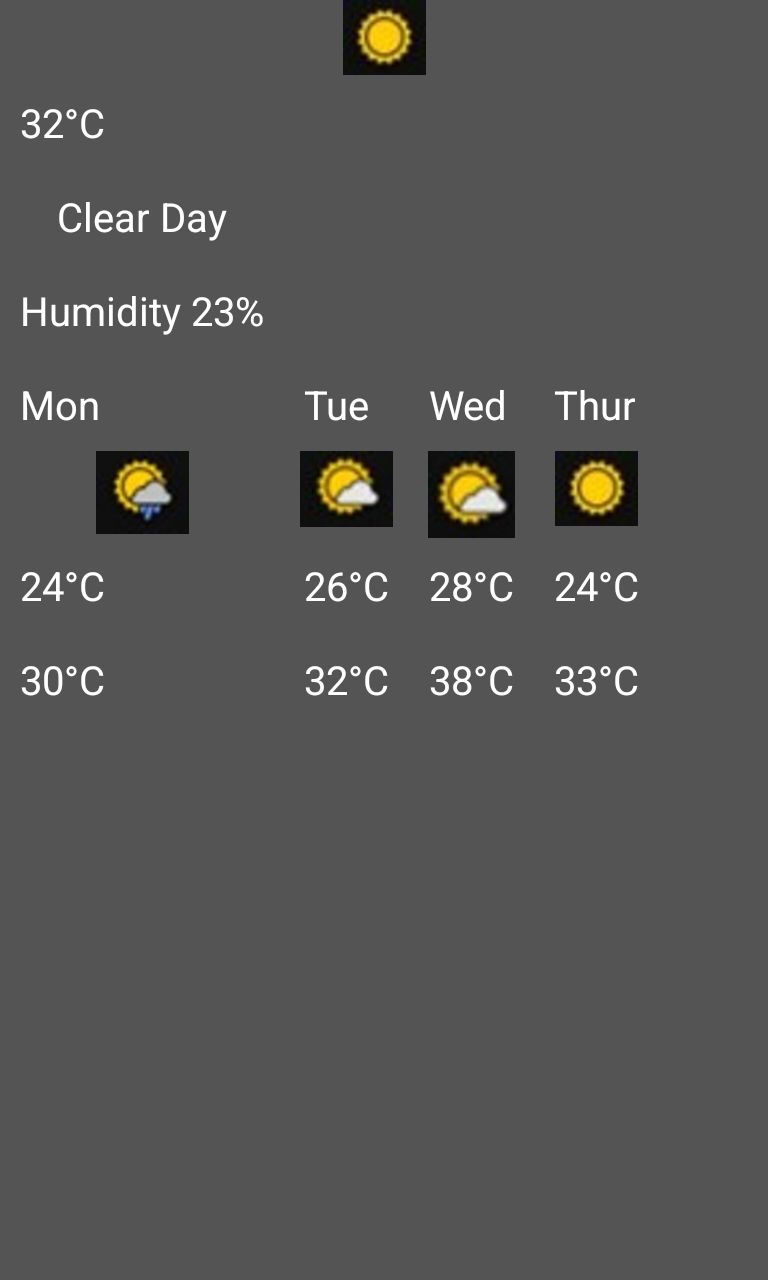
Repository: 12030121002/androideventhandling
Layout: Demo/res/layout/weather.xml
The author's editor kept a copy of each file at every save. The layout is drawn from the files as they stood at one save, then again after the next save.
It is drawn on a 768 x 1280 px phone screen (xhdpi) without system bars, with theme AppTheme; the app's code is not run.

Above is the layout before, as saved 2014-12-08 05:05:36.

After the next save:
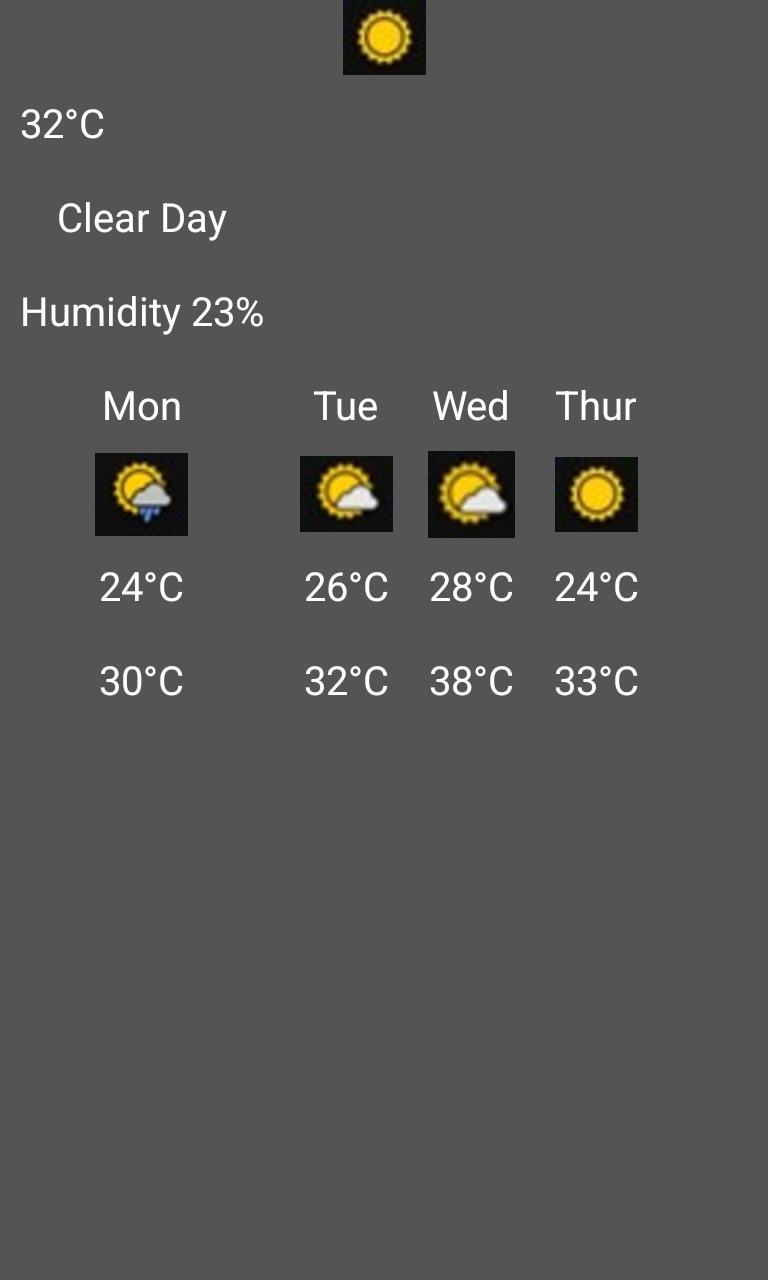
Saved 72 s later.
--- a/Demo/res/layout/weather.xml
+++ b/Demo/res/layout/weather.xml
@@ -57,6 +57,7 @@
         android:textColor="@color/white"
         android:padding="10dp"
         android:textSize="20sp"
+        android:layout_gravity="center"
         />
 
     <TextView
@@ -66,6 +67,7 @@
         android:textColor="@color/white"
         android:padding="10dp"
         android:textSize="20sp"
+        android:layout_gravity="center"
        />
    <TextView
         android:layout_width="wrap_content"
@@ -74,6 +76,7 @@
         android:textColor="@color/white"
         android:padding="10dp"
         android:textSize="20sp"
+        android:layout_gravity="center"
        />
    <TextView
         android:layout_width="wrap_content"
@@ -82,6 +85,7 @@
         android:textColor="@color/white"
         android:padding="10dp"
         android:textSize="20sp"
+        android:layout_gravity="center"
        />
 </TableRow>
 
@@ -93,25 +97,29 @@
         android:id="@+id/imageView3"
         android:layout_width="wrap_content"
         android:layout_height="wrap_content"
-        android:src="@drawable/tuesday" />
+        android:src="@drawable/tuesday"
+        android:layout_gravity="center" />
 
     <ImageView
         android:id="@+id/imageView2"
         android:layout_width="wrap_content"
         android:layout_height="wrap_content"
-        android:src="@drawable/monday" />
+        android:src="@drawable/monday"
+        android:layout_gravity="center"/>
 
     <ImageView
         android:id="@+id/imageView5"
         android:layout_width="wrap_content"
         android:layout_height="wrap_content"
-        android:src="@drawable/thursday" />
+        android:src="@drawable/thursday"
+        android:layout_gravity="center"/>
 
     <ImageView
         android:id="@+id/imageView4"
         android:layout_width="wrap_content"
         android:layout_height="wrap_content"
-        android:src="@drawable/wednesday" />
+        android:src="@drawable/wednesday"
+        android:layout_gravity="center" />
 
    </TableRow>
 
@@ -125,6 +133,7 @@
         android:textColor="@color/white"
         android:padding="10dp"
         android:textSize="20sp"
+        android:layout_gravity="center"
          />
 
 
@@ -136,6 +145,7 @@
         android:textColor="@color/white"
          android:padding="10dp"
         android:textSize="20sp"
+        android:layout_gravity="center"
         />
 
 
@@ -147,6 +157,7 @@
         android:textColor="@color/white"
          android:padding="10dp"
         android:textSize="20sp"
+        android:layout_gravity="center"
          />
 
     <TextView
@@ -157,6 +168,7 @@
         android:textColor="@color/white"
          android:padding="10dp"
         android:textSize="20sp"
+        android:layout_gravity="center"
          />
     </TableRow>
     <TableRow android:layout_width="wrap_content"
@@ -169,6 +181,7 @@
         android:textColor="@color/white"
         android:padding="10dp"
         android:textSize="20sp"
+        android:layout_gravity="center"
          />
 
 
@@ -180,6 +193,7 @@
         android:textColor="@color/white"
          android:padding="10dp"
         android:textSize="20sp"
+        android:layout_gravity="center"
         />
 
 
@@ -191,6 +205,7 @@
         android:textColor="@color/white"
          android:padding="10dp"
         android:textSize="20sp"
+        android:layout_gravity="center"
          />
 
     <TextView
@@ -201,6 +216,7 @@
         android:textColor="@color/white"
          android:padding="10dp"
         android:textSize="20sp"
+        android:layout_gravity="center"
          />
     </TableRow>
 
